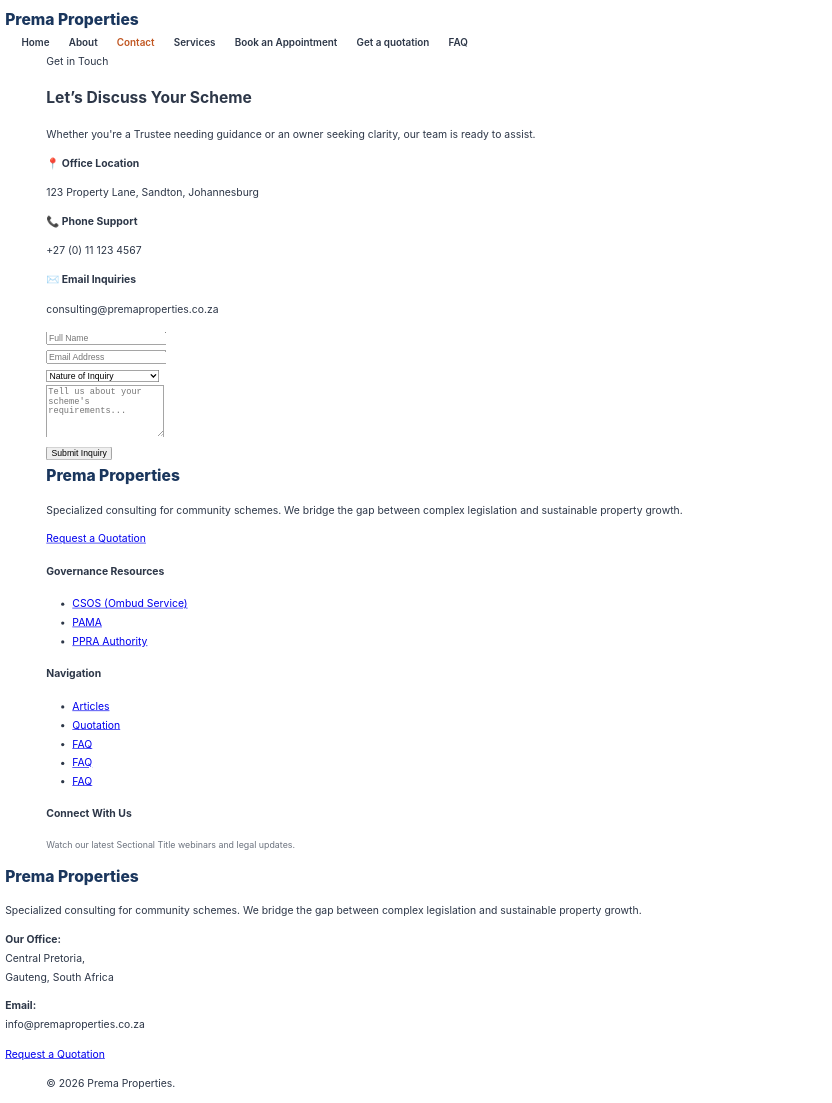
Repository: mnqobiMenzi/Prema-Properties
Page: contact-us.html
These files come from the project's save history. The page is drawn as it stood at one moment and after the next save; the edit follows.
The browser window is 1280 px wide. The pictures show the whole page, at 65% of full size.

Above is the page before, as saved 2026-02-10 12:33:14.

After the next save:
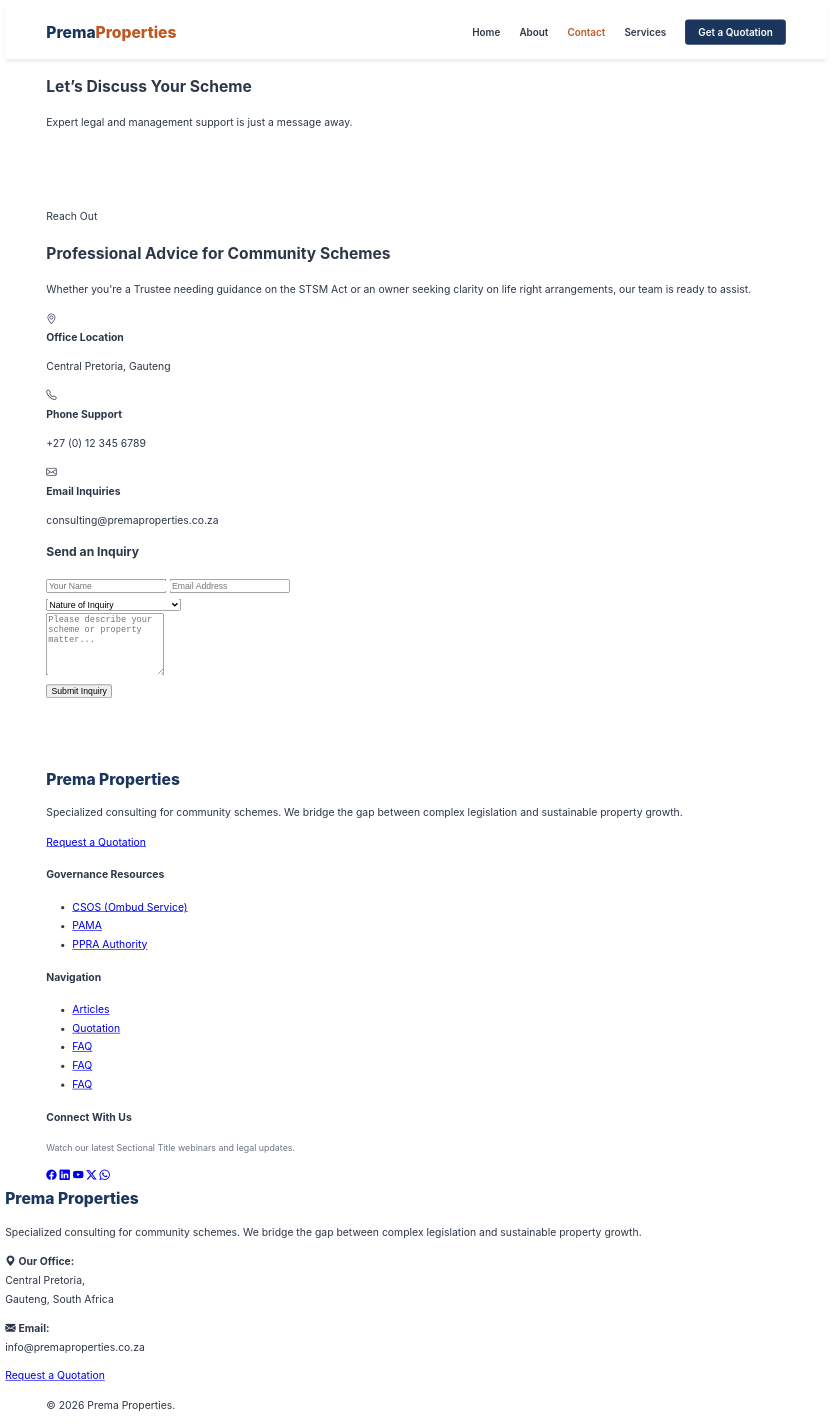
Saved 42 s later.
--- a/contact-us.html
+++ b/contact-us.html
@@ -3,78 +3,93 @@
 <head>
   <meta charset="UTF-8">
   <meta name="viewport" content="width=device-width, initial-scale=1.0">
-  <title>Prema Properties</title>
+  <title>Contact Us | Prema Properties</title>
   <link rel="stylesheet" href="CSS/style.css">
+  <link rel="stylesheet" href="https://cdn.jsdelivr.net/npm/bootstrap-icons@1.13.1/font/bootstrap-icons.min.css">
 </head>
 <body>
 
-  <!-- Header / Navigation -->
-  <header>
-    <div class="logo">Prema Properties</div>
-    <nav>
-      <a href="index.html">Home</a>
-      <a href="about-us.html">About</a>
-      <a href="#contact" class="active">Contact</a>
-      <a href="services.html">Services</a>
-      <a href="appointment.html">Book an Appointment</a>
-      <a href="quote.html">Get a quotation</a>
-      <a href="FAQ.html">FAQ</a>
-    </nav>
+  <header class="main-header">
+    <div class="container header-flex">
+      <div class="logo">Prema<span>Properties</span></div>
+      <nav>
+        <a href="index.html">Home</a>
+        <a href="about-us.html">About</a>
+        <a href="contact-us.html" class="active">Contact</a>
+        <a href="services.html">Services</a>
+        <a href="quote.html" class="nav-btn">Get a Quotation</a>
+      </nav>
+    </div>
   </header>
 
-  <!-- Contact Section -->
-  <section id="contact" class="contact-page container reveal">
-  <div class="contact-wrapper">
+  <section class="contact-hero-v2">
+    <div class="container">
+      <h1>Let’s Discuss Your Scheme</h1>
+      <p>Expert legal and management support is just a message away.</p>
+    </div>
+  </section>
 
-    <div class="contact-info">
-      <span class="label">Get in Touch</span>
-      <h2>Let’s Discuss Your Scheme</h2>
-      <p>Whether you're a Trustee needing guidance or an owner seeking clarity, our team is ready to assist.</p>
+  <section class="section-padding">
+    <div class="container">
+      <div class="contact-wrapper">
 
-      <div class="info-details">
-        <div class="info-item">
-          <strong>📍 Office Location</strong>
-          <p>123 Property Lane, Sandton, Johannesburg</p>
+        <div class="contact-info">
+          <span class="label">Reach Out</span>
+          <h2>Professional Advice for Community Schemes</h2>
+          <p>Whether you're a Trustee needing guidance on the STSM Act or an owner seeking clarity on life right arrangements, our team is ready to assist.</p>
+
+          <div class="info-details">
+            <div class="info-item">
+              <i class="bi bi-geo-alt"></i>
+              <div>
+                <strong>Office Location</strong>
+                <p>Central Pretoria, Gauteng</p>
+              </div>
+            </div>
+            <div class="info-item">
+              <i class="bi bi-telephone"></i>
+              <div>
+                <strong>Phone Support</strong>
+                <p>+27 (0) 12 345 6789</p>
+              </div>
+            </div>
+            <div class="info-item">
+              <i class="bi bi-envelope"></i>
+              <div>
+                <strong>Email Inquiries</strong>
+                <p>consulting@premaproperties.co.za</p>
+              </div>
+            </div>
+          </div>
         </div>
-        <div class="info-item">
-          <strong>📞 Phone Support</strong>
-          <p>+27 (0) 11 123 4567</p>
+
+        <div class="contact-form-card">
+          <h3 class="form-title">Send an Inquiry</h3>
+          <form id="contactForm">
+            <div class="form-row">
+              <input type="text" placeholder="Your Name" required>
+              <input type="email" placeholder="Email Address" required>
+            </div>
+            <div class="form-group">
+              <select required>
+                <option value="" disabled selected>Nature of Inquiry</option>
+                <option value="stsm">STSM Act Compliance</option>
+                <option value="retirement">Retirement Scheme Life Rights</option>
+                <option value="conveyancing">Conveyancing & Property Law</option>
+                <option value="dispute">Dispute Resolution (CSOS)</option>
+              </select>
+            </div>
+            <div class="form-group">
+              <textarea placeholder="Please describe your scheme or property matter..." rows="6" required></textarea>
+            </div>
+            <button type="submit" class="submit-btn-v2">Submit Inquiry</button>
+          </form>
         </div>
-        <div class="info-item">
-          <strong>✉️ Email Inquiries</strong>
-          <p>consulting@premaproperties.co.za</p>
-        </div>
+
       </div>
     </div>
+  </section>
 
-    <div class="contact-form-container">
-      <form id="contactForm">
-        <div class="form-group">
-          <input type="text" placeholder="Full Name" required>
-        </div>
-        <div class="form-group">
-          <input type="email" placeholder="Email Address" required>
-        </div>
-        <div class="form-group">
-          <select required>
-            <option value="" disabled selected>Nature of Inquiry</option>
-            <option value="compliance">STSM Act Compliance</option>
-            <option value="dispute">Dispute Resolution</option>
-            <option value="financial">Financial/Levy Consulting</option>
-            <option value="other">Other</option>
-          </select>
-        </div>
-        <div class="form-group">
-          <textarea placeholder="Tell us about your scheme's requirements..." rows="5" required></textarea>
-        </div>
-        <button type="submit" class="submit-btn">Submit Inquiry</button>
-      </form>
-    </div>
-
-  </div>
-</section>
-
-  <!-- Footer -->
   <div id="footer-placeholder"></div>
   <script src="JavaScript/script.js"></script>
 </body>
